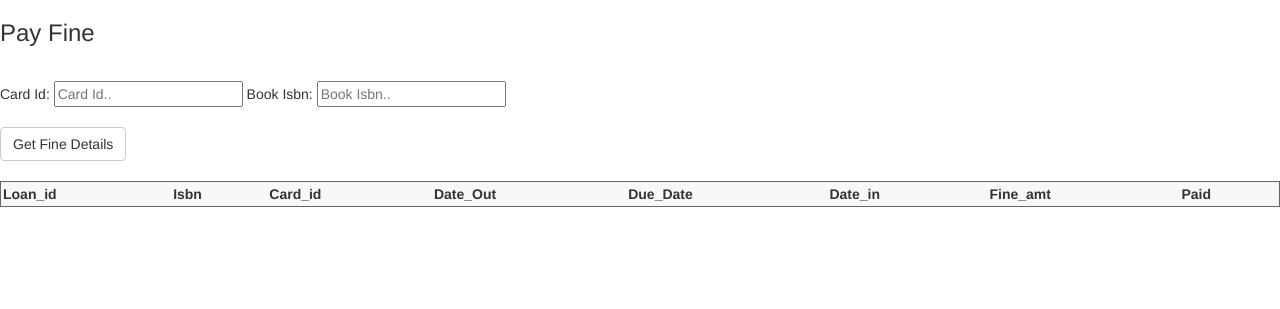
Repository: ApurvaMithal/LibraryManagementSystem
Page: http://localhost/LibraryManagementSystem/FinePay.jsp
The author's editor kept a copy of each file at every save. The page is drawn from the files as they stood at one save, then again after the next save.
The browser window is 1280 px wide. The pictures show the whole page.
Some web fonts or font styles are not loaded; a fallback is used. The page is served by Tomcat 9.

Above is the page before, as saved 2018-03-02 22:53:43.

After the next save:
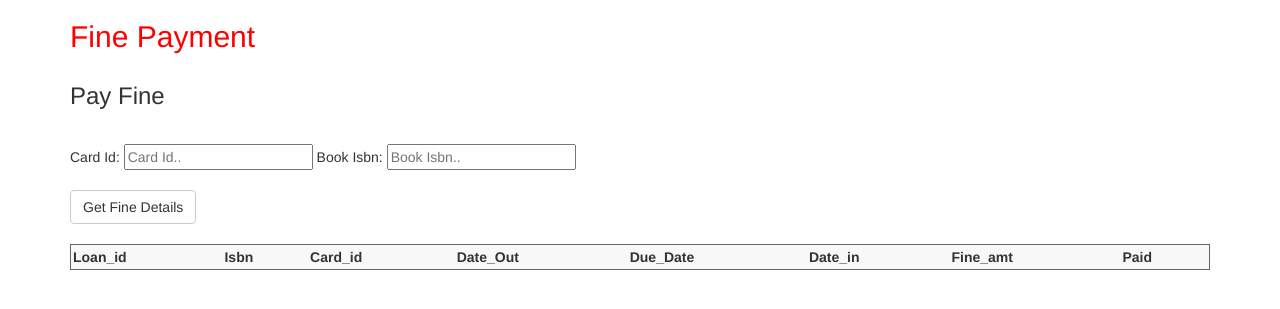
Saved 4 min 19 s later.
--- a/eclipse/LibraryManagementSystem/WebContent/FinePay.jsp
+++ b/eclipse/LibraryManagementSystem/WebContent/FinePay.jsp
@@ -90,7 +90,11 @@ jQuery(window).ready(function() {
 </script>
 </head>
 <body>
-<div class="finePayment">
+ <div class="container">
+ <h2>
+                <font color="red">Fine Payment</font>
+            </h2>
+	<div class="finePayment">
                 <label for="finePayment"><h3>Pay Fine</h3></label></br></br>
                 Card Id:    <input type="text" id="cardId" placeholder="Card Id.." name="cardId">
                 Book Isbn:  <input type="text" id="isbn" placeholder="Book Isbn.." name="bookIsbn"></br>
